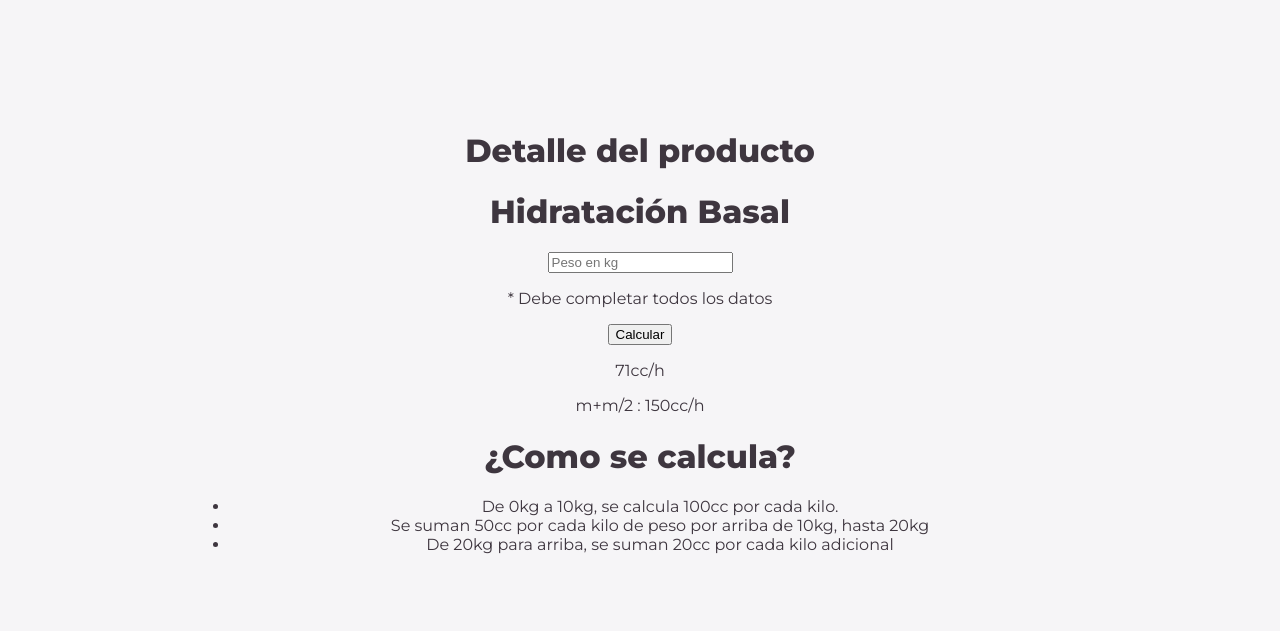
Repository: Fredy452/calculadora_basal
Page: index.html
The author's editor kept a copy of each file at every save. The page is drawn from the files as they stood at one save, then again after the next save.
The browser window is 1280 px wide. The pictures show the whole page.

Above is the page before, as saved 2023-04-21 07:31:49.

### index.html
<!DOCTYPE html>
<html lang="en">
<head>
    <meta charset="UTF-8">
    <meta http-equiv="X-UA-Compatible" content="IE=edge">
    <meta name="viewport" content="width=device-width, initial-scale=1.0">
    <title>Calculadora de hidratación</title>
    <link rel="stylesheet" href="style.css">
</head>
<body>
    <div id="contenedor">
        <div class="calculadora">
            <h1>Detalle del producto</h1>
            <div>
                <h1>Hidratación Basal</h1>
                <input type="number" name="peso" id="peso" placeholder="Peso en kg">
                <p>* Debe completar todos los datos</p>
                <button>Calcular</button>
                <p>71cc/h</p>
                <p>m+m/2 : 150cc/h</p>
            </div>
        </div>
        <div class="detalle">
            <div>
                <h1>¿Como se calcula?</h1>
                <ul>
                    <li>De 0kg a 10kg, se calcula 100cc por cada kilo.</li>
                    <li>Se suman 50cc por cada kilo de peso por arriba de 10kg, hasta 20kg</li>
                    <li>De 20kg para arriba, se suman 20cc por cada kilo adicional</li>
                </ul>
            </div>
        </div>
    </div>
</body>
</html>

### style.css
@import url('https://fonts.googleapis.com/css?family=Montserrat:400,800');

body{
    font-family: 'Montserrat', sans-serif;
    background: #f6f5f7;
    color: #3E363F;
}
#contenedor{
    width: 900px;
    height: 500px;
    position: absolute;
    text-align: center;
    inset: 0;
    margin: auto;
}
#detalle{
    background: #FF416C;
    width: 50%;
}

After the next save:
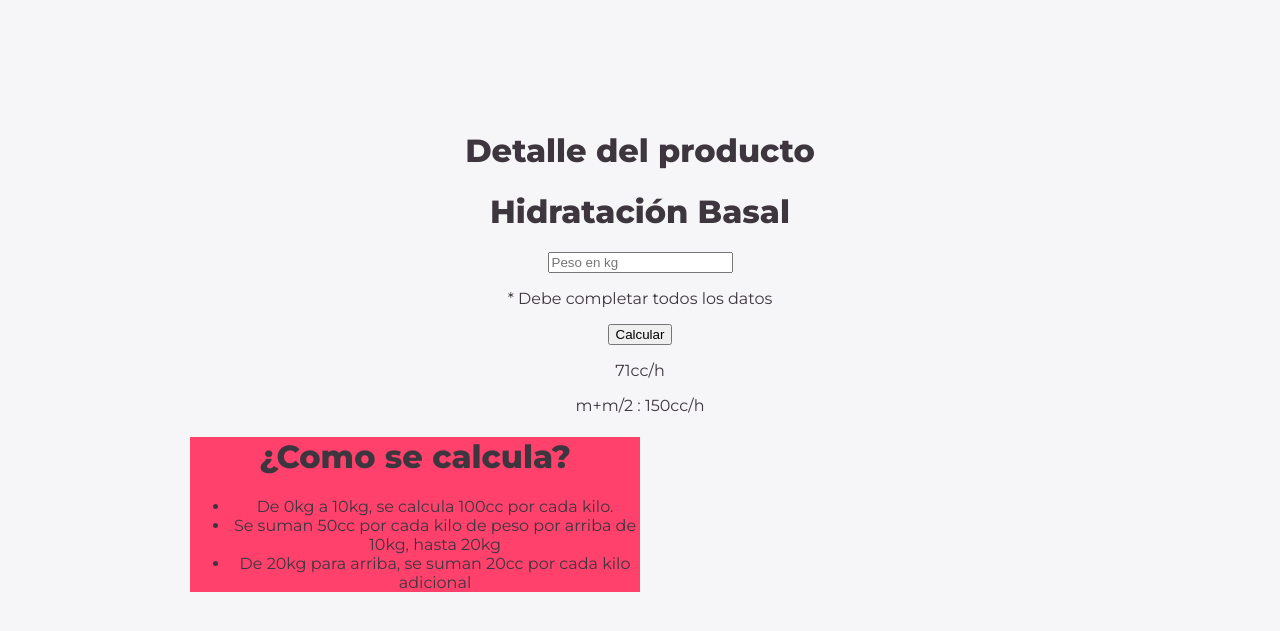
Saved 34 s later.
--- a/index.html
+++ b/index.html
@@ -9,7 +9,7 @@
 </head>
 <body>
     <div id="contenedor">
-        <div class="calculadora">
+        <div id="calculadora">
             <h1>Detalle del producto</h1>
             <div>
                 <h1>Hidratación Basal</h1>
@@ -20,7 +20,7 @@
                 <p>m+m/2 : 150cc/h</p>
             </div>
         </div>
-        <div class="detalle">
+        <div id="detalle">
             <div>
                 <h1>¿Como se calcula?</h1>
                 <ul>

After the save that followed:
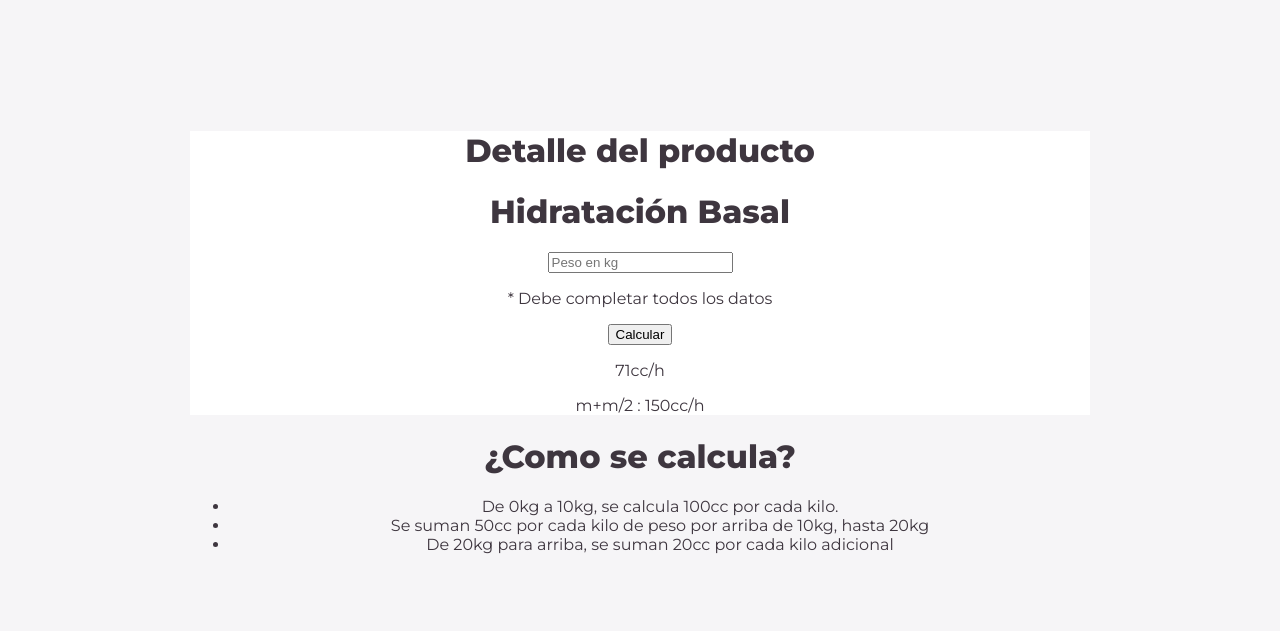
Saved 56 s later.
--- a/style.css
+++ b/style.css
@@ -13,7 +13,10 @@ body{
     inset: 0;
     margin: auto;
 }
+#calculadora{
+    background: white;
+}
 #detalle{
-    background: #FF416C;
-    width: 50%;
+    /* background: #FF416C;
+    width: 50%; */
 }
